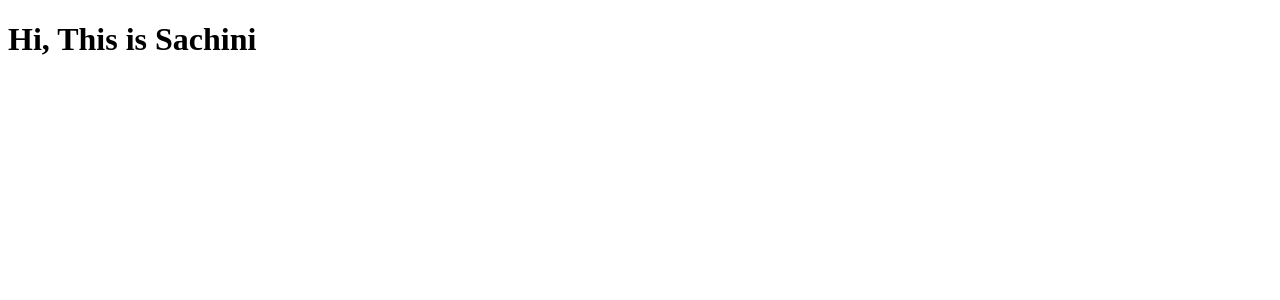
Repository: sach7691/eclipse-projects
Page: http://localhost/home-work-project/home.jsp
The author's editor kept a copy of each file at every save. The page is drawn from the files as they stood at one save, then again after the next save.
The browser window is 1280 px wide. The pictures show the whole page.
The page is served by Tomcat 9. Other server files are loaded and not shown.

Above is the page before, as saved 2022-08-10 22:13:48.

### home-work-project/src/main/webapp/home.jsp
<%@ page language="java" contentType="text/html; charset=ISO-8859-1"
    pageEncoding="ISO-8859-1"%>
<!DOCTYPE html>
<html>
<head>
<meta charset="ISO-8859-1">
<title>Insert title here</title>
</head>
<body>
<h1>Hi, This is Sachini</h1>

</body>
</html>

After the next save:
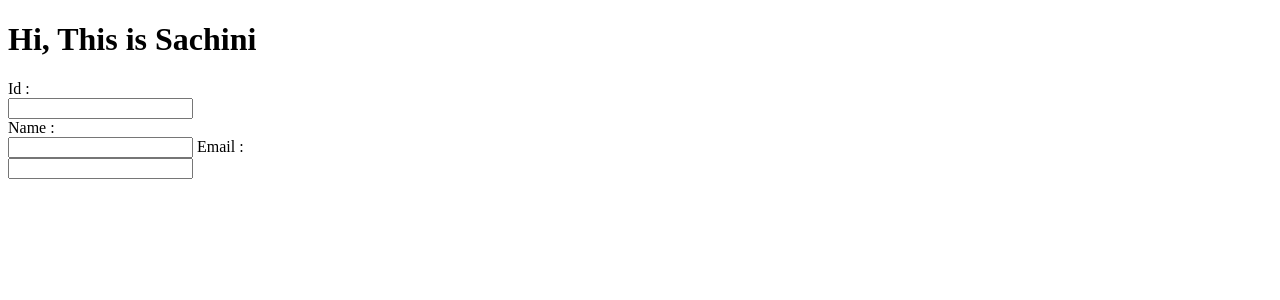
Saved 10 min 48 s later.
--- a/home-work-project/src/main/webapp/home.jsp
+++ b/home-work-project/src/main/webapp/home.jsp
@@ -8,6 +8,17 @@
 </head>
 <body>
 <h1>Hi, This is Sachini</h1>
+<form action="http://localhost:8080/home-work-project/HomeController" method="POST">
+
+  <label for="Id">Id :</label><br>
+  <input type="text" id="Id" name="Id"><br>
+  <label for="name">Name :</label><br>
+  <input type="text" id="name" name="name">
+  <label for="email">Email :</label><br>
+  <input type="text" id="email" name="email">
+
+
+</form>
 
 </body>
 </html>
